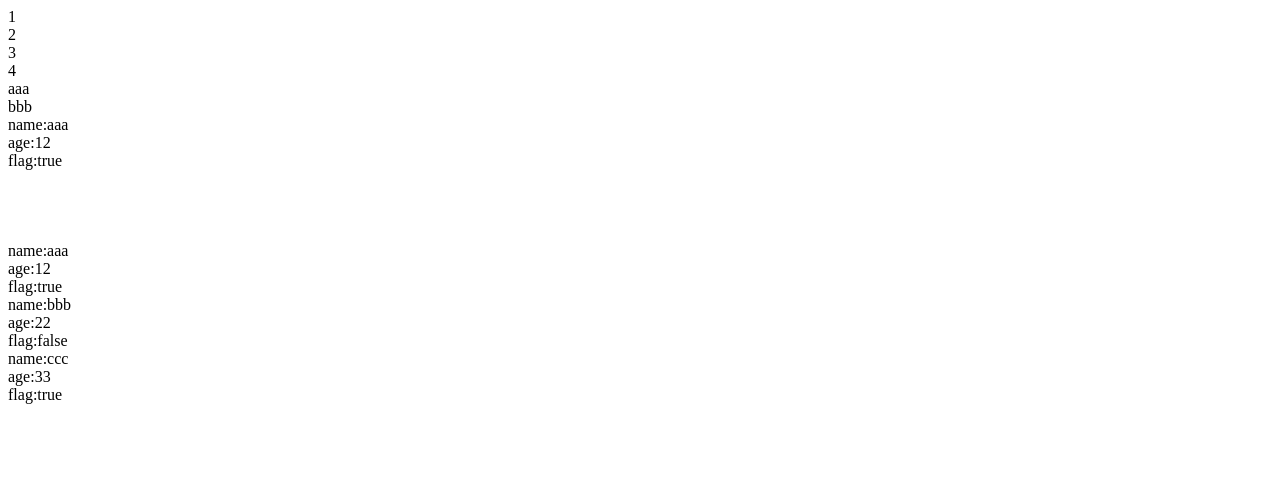
Repository: HmDol/Spring_study
Page: http://localhost/project1/javascript.jsp
An editor plug-in stored every save of this project. The page is shown before and after the next save, followed by the edit.
The browser window is 1280 px wide. The pictures show the whole page.
The page is served by Tomcat 10. Other server files are loaded and not shown.

Above is the page before, as saved 2023-09-06 01:12:11.

### project1/src/main/webapp/javascript.jsp
<%@ page language="java" contentType="text/html; charset=EUC-KR"
    pageEncoding="EUC-KR"%>
<!DOCTYPE html>
<html>
<head>
<meta charset="EUC-KR">
<title>Insert title here</title>
</head>
<body>

<script>
let arr = [1,2,3];
arr[3] = 4;

for(i=0;i<arr.length;i++){
	document.write(arr[i]+"<br/>");
}

let arr2 = new Array();
arr2[0] = "aaa";
arr2[1] = "bbb";

for(i=0;i<arr2.length;i++){
	document.write(arr2[i]+"<br/>");
}

let obj = {"name":"aaa", "age":12, "flag":true};
document.write("name:"+obj.name+"<br/>");
document.write("age:"+obj.age+"<br/>");
document.write("flag:"+obj.flag+"<br/>");

let arr3 = [{"name":"aaa", "age":12, "flag":true},
	{"name":"bbb", "age":22, "flag":false},
	{"name":"ccc", "age":33, "flag":true}];
	document.write("<br/><br/><br/><br/>");
for(i=0; i<arr3.length;i++){
	document.write("name:"+arr3[i].name+"<br/>");
	document.write("age:"+arr3[i].age+"<br/>");
	document.write("flag:"+arr3[i].flag+"<br/>");
}
</script>

</body>
</html>

After the next save:
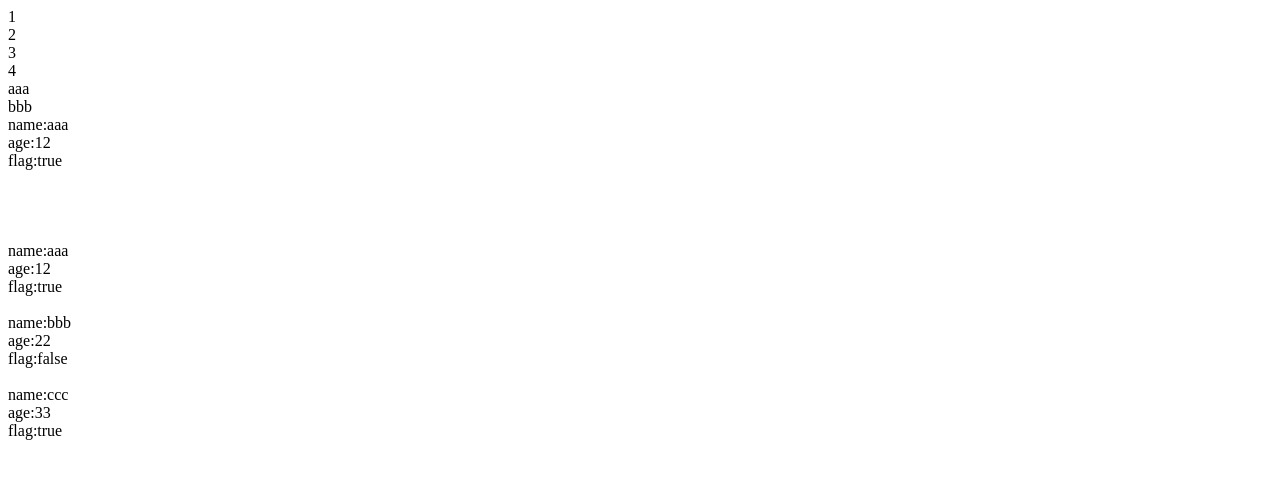
Saved 21 s later.
--- a/project1/src/main/webapp/javascript.jsp
+++ b/project1/src/main/webapp/javascript.jsp
@@ -37,6 +37,7 @@ for(i=0; i<arr3.length;i++){
 	document.write("name:"+arr3[i].name+"<br/>");
 	document.write("age:"+arr3[i].age+"<br/>");
 	document.write("flag:"+arr3[i].flag+"<br/>");
+	document.write("</br>")
 }
 </script>
 
